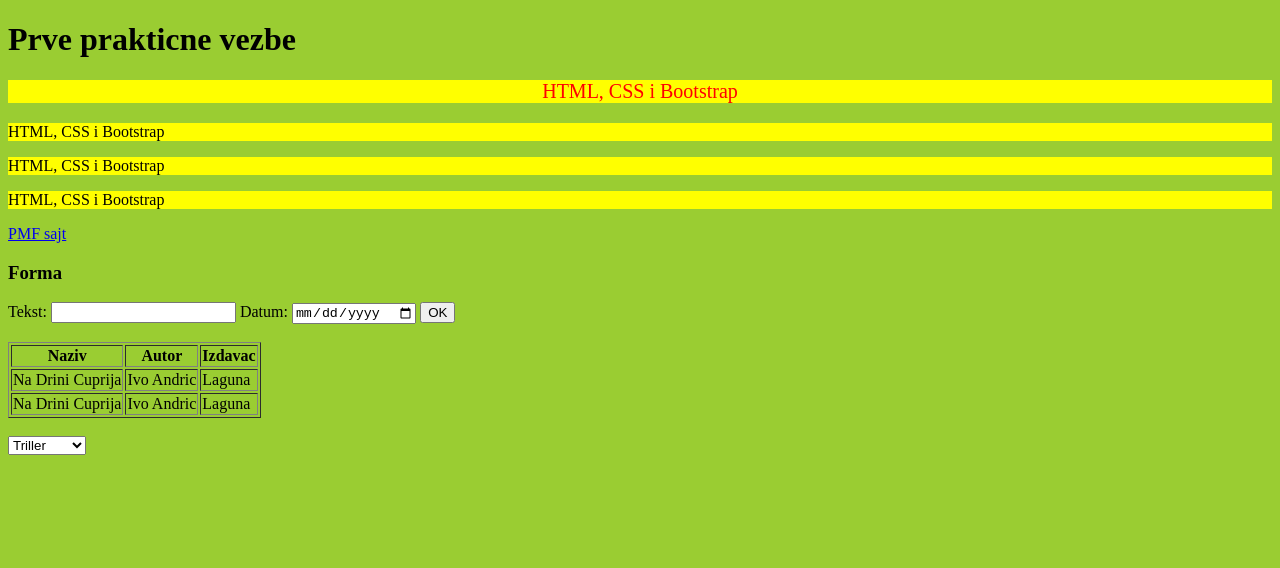
Repository: bojanludajic/Razvoj-Informacionih-Sistema
Page: http://localhost/Vezbe1/
An editor plug-in stored every save of this project. The page is shown before and after the next save, followed by the edit.
The browser window is 1280 px wide. The pictures show the whole page.
The page is served by Tomcat 9.

Above is the page before, as saved 2024-10-22 11:57:04.

After the next save:
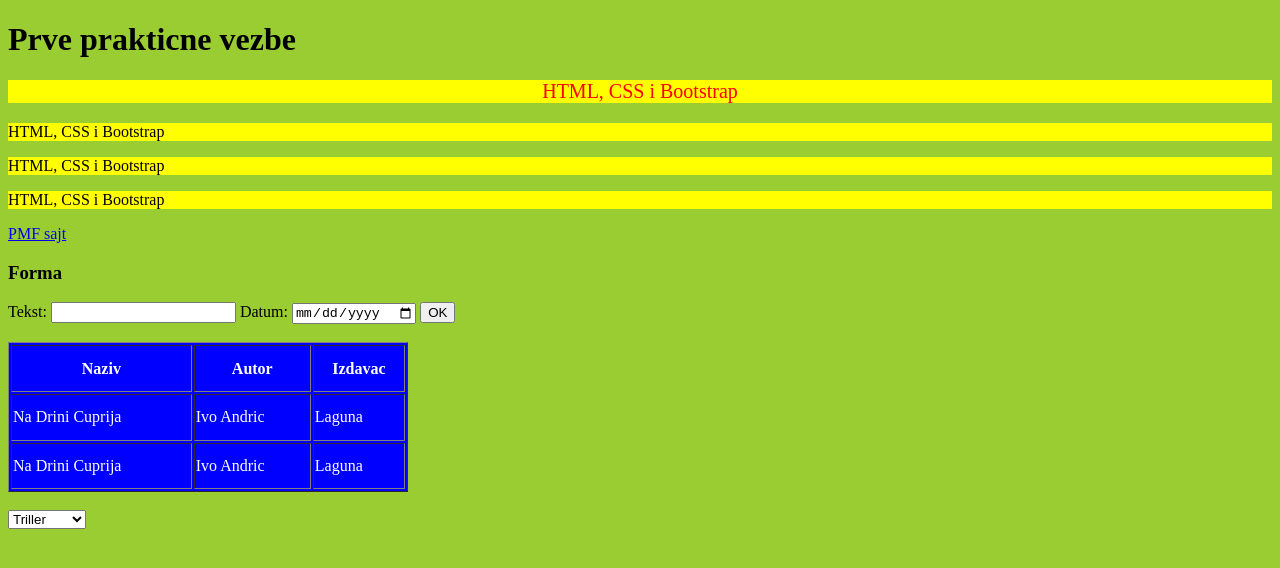
Saved 42 s later.
--- a/Vezbe1/src/main/webapp/css/styles.css
+++ b/Vezbe1/src/main/webapp/css/styles.css
@@ -14,5 +14,8 @@ p {
 }
 
 #id1 {
-
+	background-color: blue;
+	color: white;
+	width: 400px;
+	height: 150px;
 }
